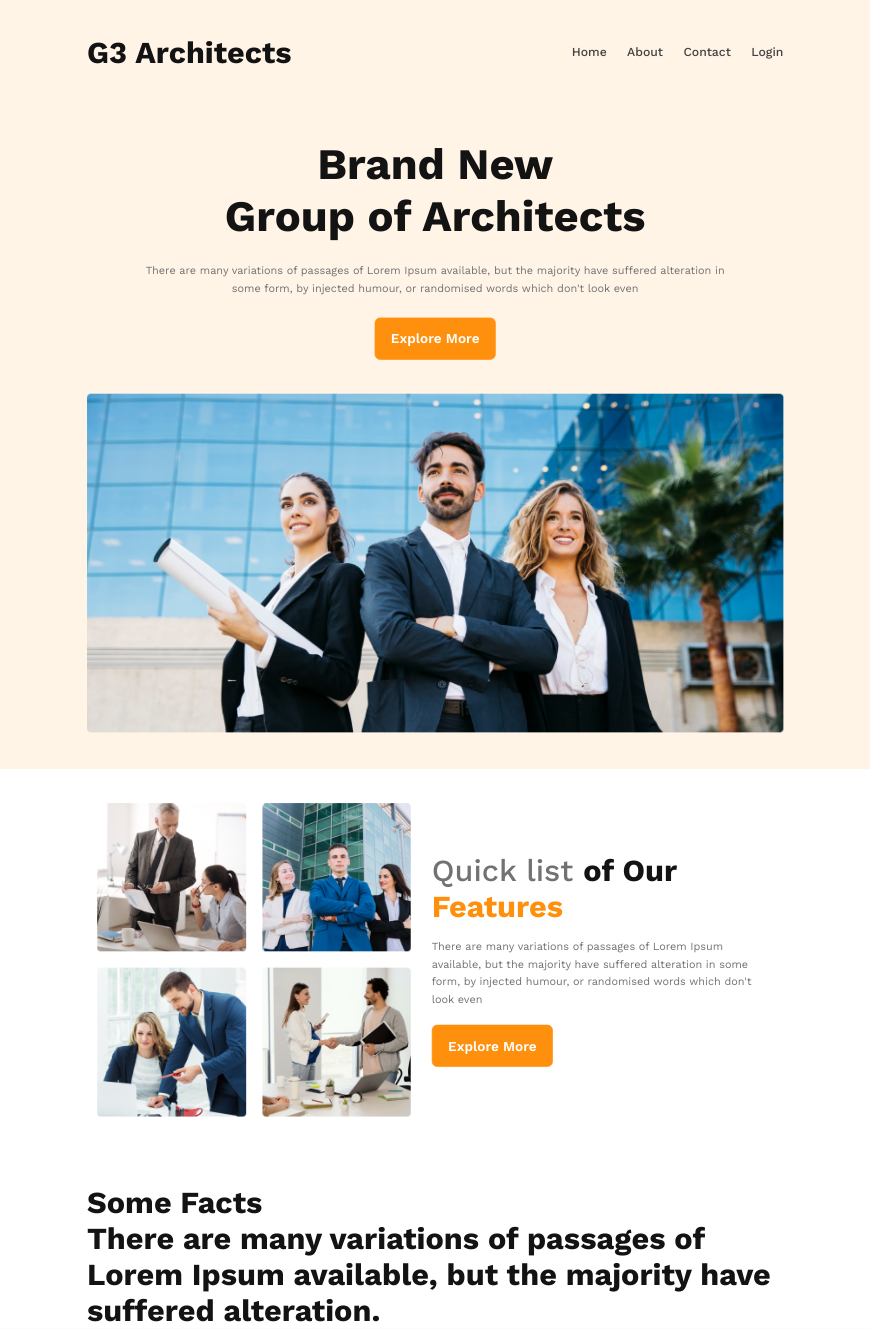
Repository: ShouravAhammed/G3-architects-webpage
Page: index.html
These files come from the project's save history. The page is drawn as it stood at one moment and after the next save; the edit follows.
The browser window is 1280 px wide. The pictures show the whole page, at 68% of full size.

Above is the page before, as saved 2024-01-13 01:27:47.

After the next save:
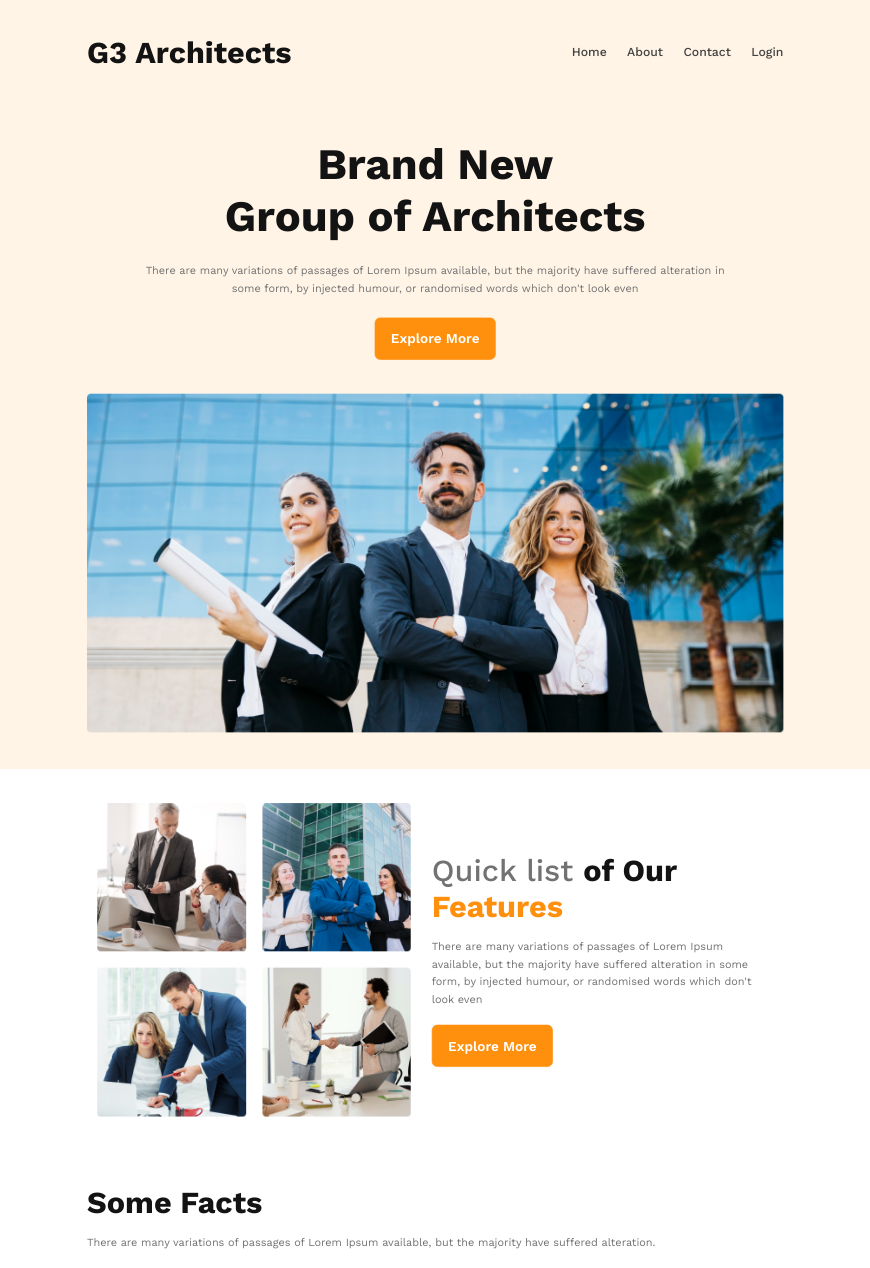
Saved 34 s later.
--- a/index.html
+++ b/index.html
@@ -65,7 +65,7 @@
                 <div class="some-facts-container">
                     <div class="some-facts-text-content">
                         <h3 class="primary-title">Some Facts</h3>
-                    <p class="primary-title">There are many variations of passages of Lorem Ipsum available, but the majority have suffered alteration.</p>
+                    <p class="primary-description">There are many variations of passages of Lorem Ipsum available, but the majority have suffered alteration.</p>
                     </div>
                 </div>
             </div>
